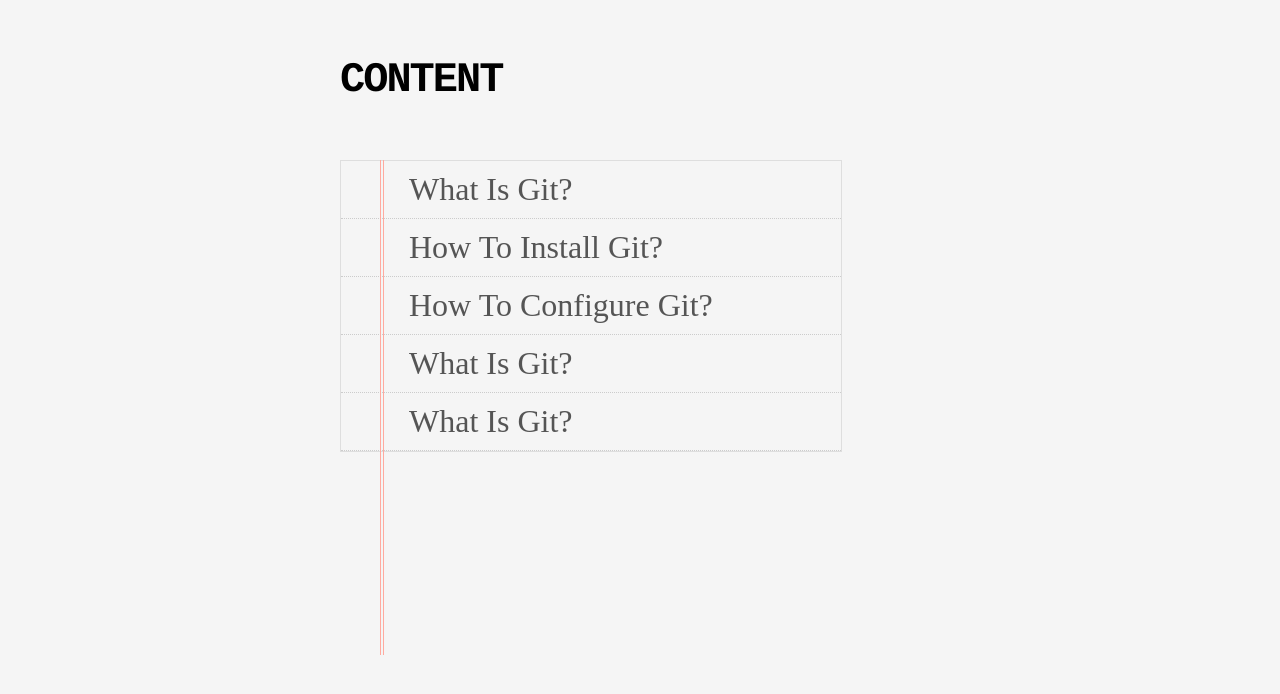
Repository: dev-singh-kanyal/Archive-git_github
Page: index.html
The author's editor kept a copy of each file at every save. The page is drawn from the files as they stood at one save, then again after a run of saves.
The browser window is 1280 px wide. The pictures show the whole page.
Some web fonts or font styles are not loaded; a fallback is used.

Above is the page before, as saved 2022-06-24 15:42:56.

### index.html
<!DOCTYPE HTML>
<html>

<head>
   <meta charset="UTF-8">
   <title>Dev's Notebook</title>
   <link rel="stylesheet" href="style.css">
   <link href="https://fonts.googleapis.com/css2?family=Reenie+Beanie&display=swap" rel="stylesheet">
</head>

<body>

    <h4>CONTENT</h4>

    <div class="lines"></div>

    <ul class="list">
      <li><a href="/src/what is git.html">What is Git?</a></li>
      <li><a href="/src/How to install Git.html">How to install Git?</a></li>
      <li><a href="/src/How to configure Git.html">How to configure Git?</a></li>
      <li><a href="/src/what is git.html">What is Git?</a></li>
      <li><a href="/src/what is git.html">What is Git?</a></li>

    </ul>

</body>
</html>

### style.css
body {
    background-color: #f5f5f5;
    width: 600px;
    margin: 0 auto;
    padding: 0;
  }
  h4 {
    color: #000000;
    font-size: 42px;
    letter-spacing: -2px;
    font-family: courier, monospace;
    text-align: left;
  }
  a {
    text-decoration: none;
    color: inherit;
  }
  .list {
    color: #555;
    font-size: 22px;
    padding: 0 !important;
    width: 500px;
    font-family: 'Reenie Beanie';
    font-size: 2rem;
    /* font-family: courier, monospace; */
    border: 1px solid #dedede;
  }
  .list li {
    list-style: none;
    border-bottom: 1px dotted #ccc;
    text-indent: 25px;
    height: auto;
    padding: 10px;
    text-transform: capitalize;
  }
  .list li:hover {
    background-color: #f0f0f0;
    -webkit-transition: all 0.2s;
    -moz-transition:    all 0.2s;
    -ms-transition:     all 0.2s;
    -o-transition:      all 0.2s;
  }
  .lines {
    border-left: 1px solid #ffaa9f;
    border-right: 1px solid #ffaa9f;
    width: 2px;
    float: left;
    height: 495px;
    margin-left: 40px;
  }

After the next 2 saves:
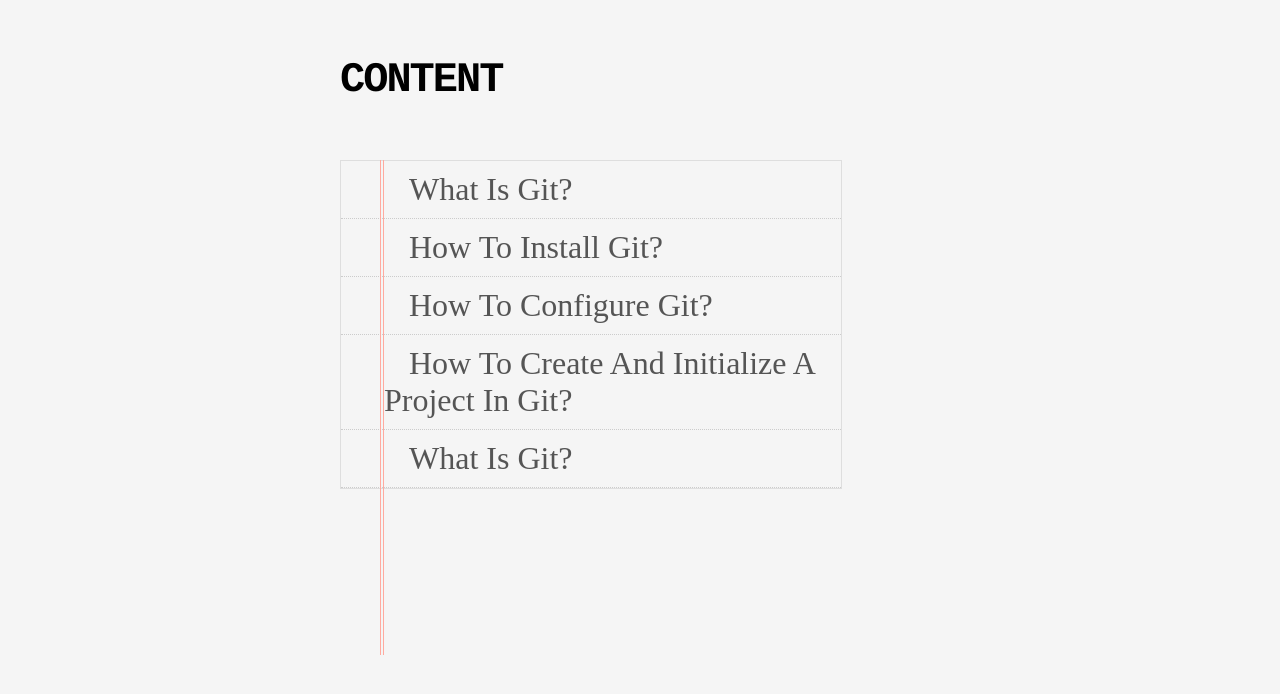
The 2 saves are shown as one change because they came seconds apart.
The last was saved 46 s later.
--- a/index.html
+++ b/index.html
@@ -18,7 +18,7 @@
       <li><a href="/src/what is git.html">What is Git?</a></li>
       <li><a href="/src/How to install Git.html">How to install Git?</a></li>
       <li><a href="/src/How to configure Git.html">How to configure Git?</a></li>
-      <li><a href="/src/what is git.html">What is Git?</a></li>
+      <li><a href="/src/what is git.html">How to Create and Initialize a Project in Git?</a></li>
       <li><a href="/src/what is git.html">What is Git?</a></li>
 
     </ul>
